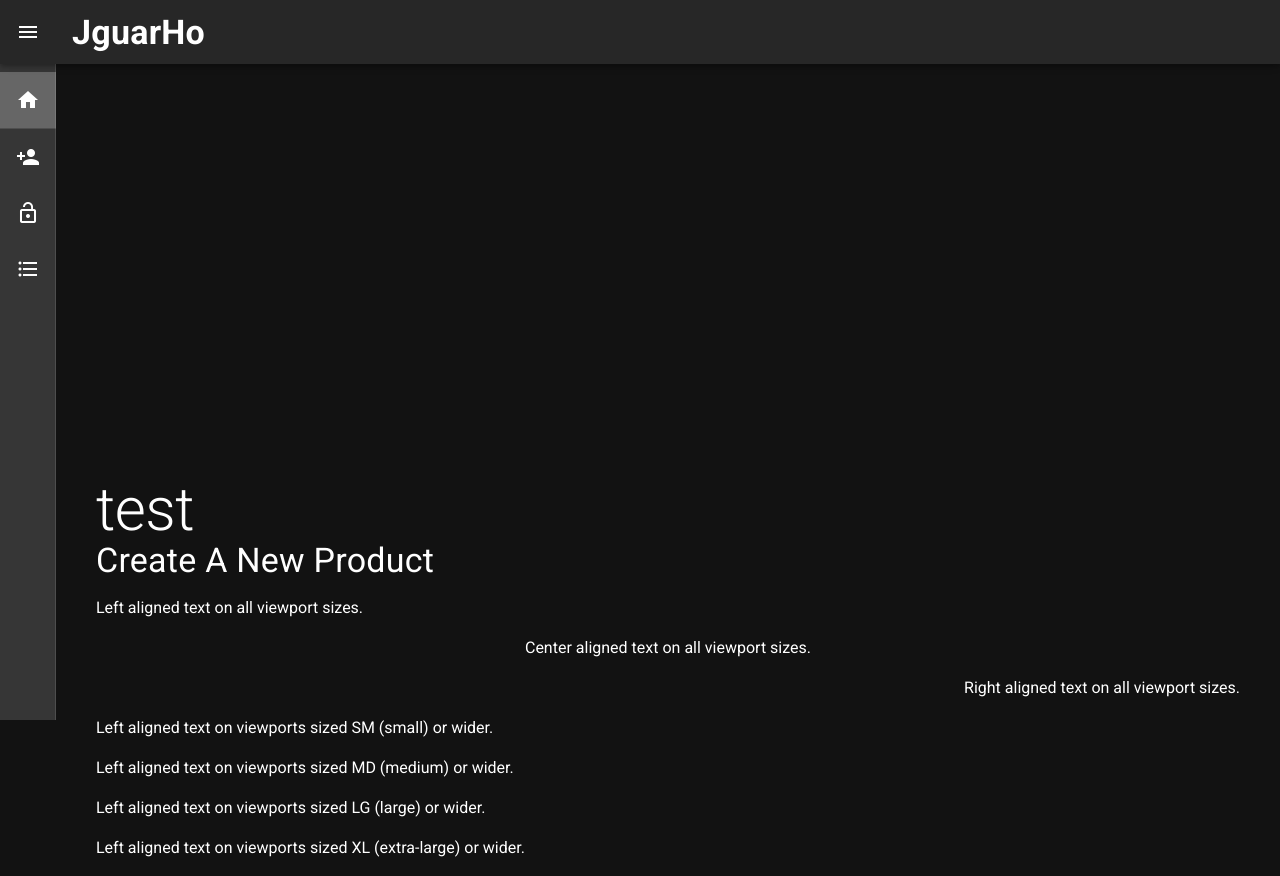
Repository: agent501/MRMS
Page: /
The author's editor kept a copy of each file at every save. The page is drawn from the files as they stood at one save, then again after the next save.
The browser window is 1280 px wide. The pictures show the whole page.
The page's requests for data from a server got no answer. The project was rebuilt for these pictures with package versions that can differ from the ones it lists, and the page was loaded fresh each time. No one was signed in, and anything a server would have sent is missing. Also part of the build but not shown: vue.config.js, src/components/Product/products.vue, src/components/Product/product.vue, src/components/Product/createproduct.vue, src/components/User/signin.vue, src/components/User/signup.vue, src/components/User/profile.vue, src/components/Shared/Alert.vue and 2 more. Imported but missing from the stored project, and not drawn on this page: src/router/auth-guard.js.

Above is the page before, as saved 2020-07-29 16:41:15.

After the next save:
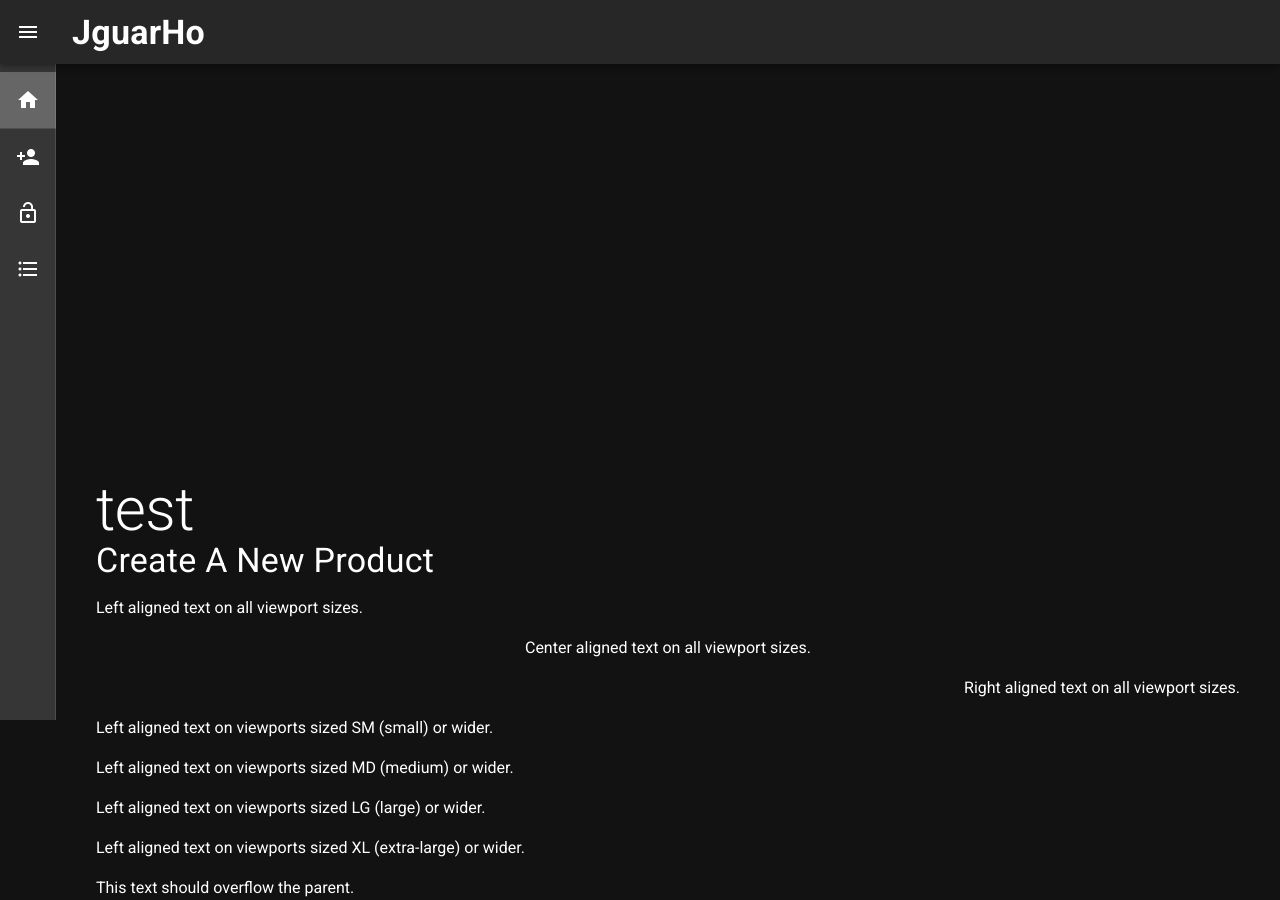
Saved 43 s later.
--- a/src/components/Home.vue
+++ b/src/components/Home.vue
@@ -45,6 +45,14 @@
       <p class="text-lg-left">Left aligned text on viewports sized LG (large) or wider.</p>
       <p class="text-xl-left">Left aligned text on viewports sized XL (extra-large) or wider.</p>
     </div>
+    <template>
+      <div
+        class="text-no-wrap text-example"
+        style="width: 8rem;"
+      >This text should overflow the parent.</div>
+    </template>
+  </div>
+</template>
   </div>
 </template>
 
